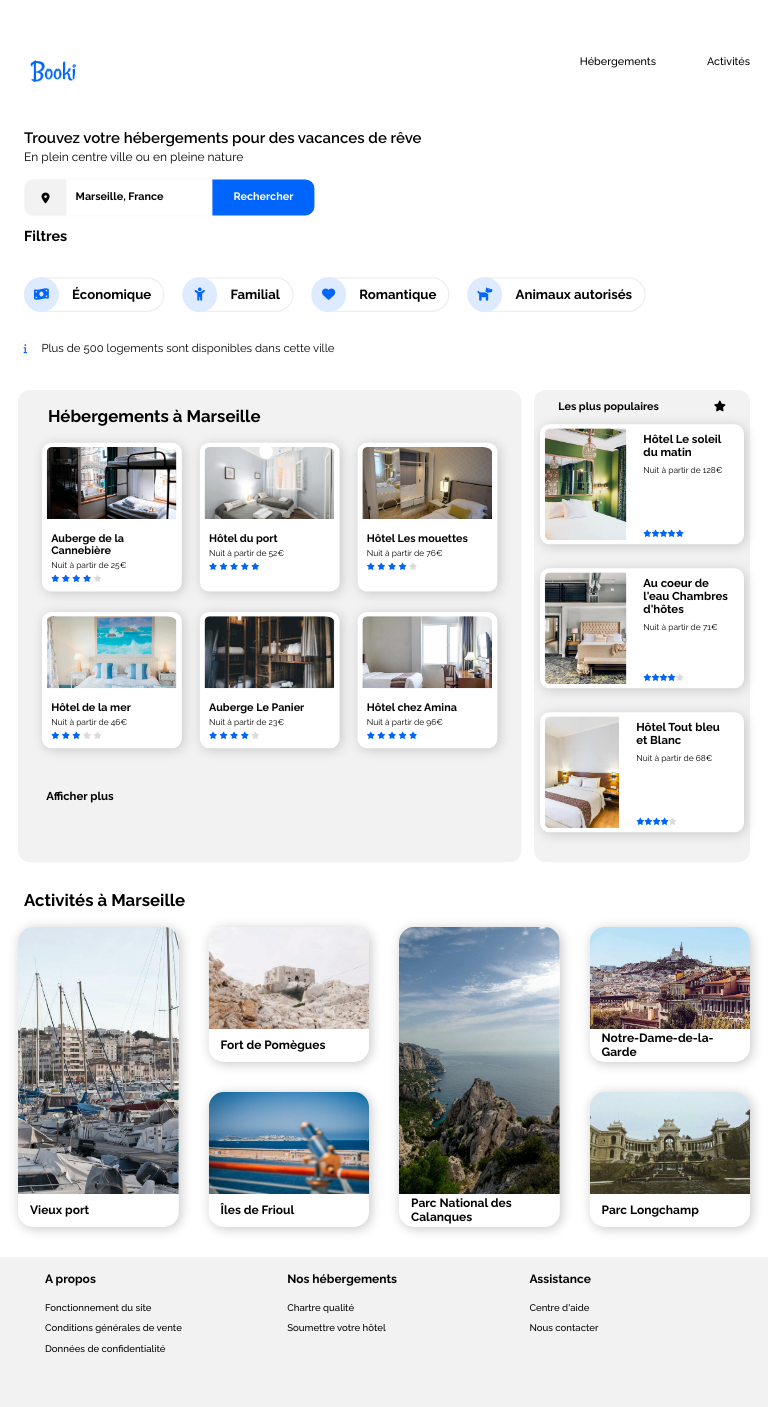
Repository: leandroBarbosaFR/booki
Page: index.html
An editor plug-in stored every save of this project. The page is shown before and after a run of saves, followed by the edit.
The browser window is 1280 px wide. The pictures show the whole page, at 60% of full size.

Above is the page before, as saved 2022-07-22 15:59:43.

After the next 3 saves:
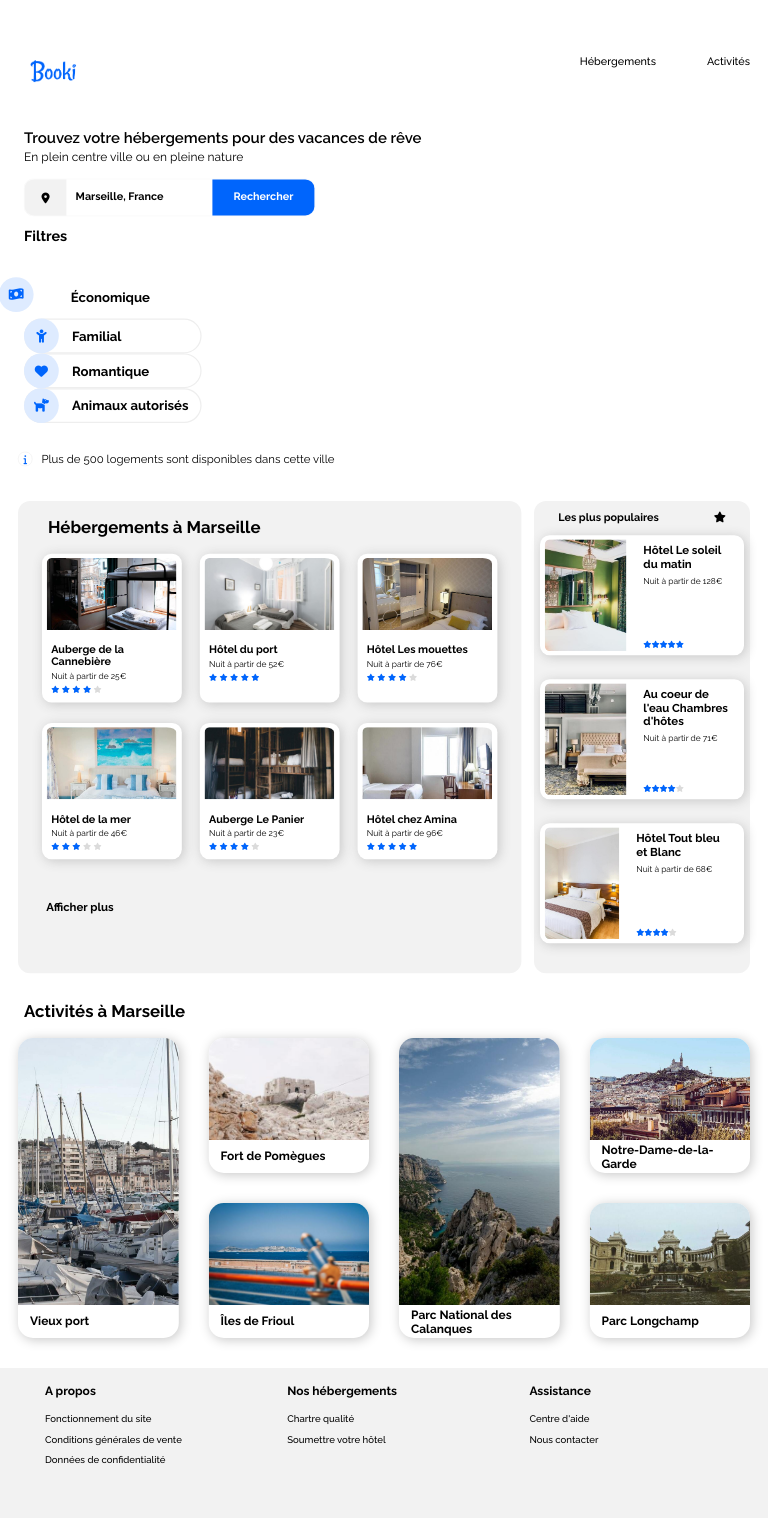
The 3 saves are shown as one change because they came seconds apart.
The last was saved 84 s later.
--- a/index.html
+++ b/index.html
@@ -49,7 +49,7 @@
 
         <section class="filtres">
 
-            <a href=# class="economique">
+           <div class <a href=# class="economique">
                 <i class="fa-solid fa-money-bill-wave"></i>
                 <p class="text">Économique</p>
             </a>

After the 5 saves that followed:
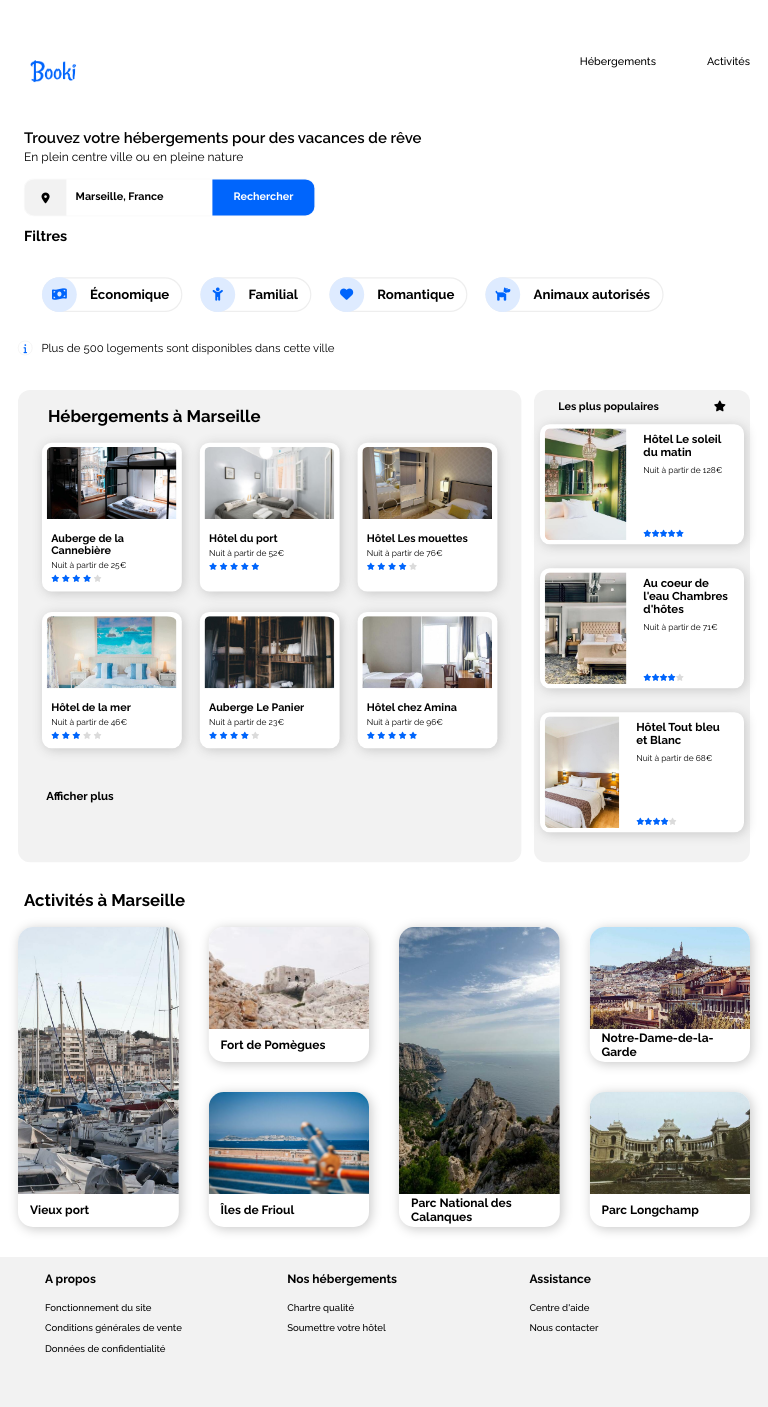
The 5 saves are shown as one change because 2 left the picture as it was and some came seconds apart.
The last was saved 22 s later.
--- a/index.html
+++ b/index.html
@@ -49,7 +49,9 @@
 
         <section class="filtres">
 
-           <div class <a href=# class="economique">
+           <div class="two-filtres">
+
+           </div> <a href=# class="economique">
                 <i class="fa-solid fa-money-bill-wave"></i>
                 <p class="text">Économique</p>
             </a>
